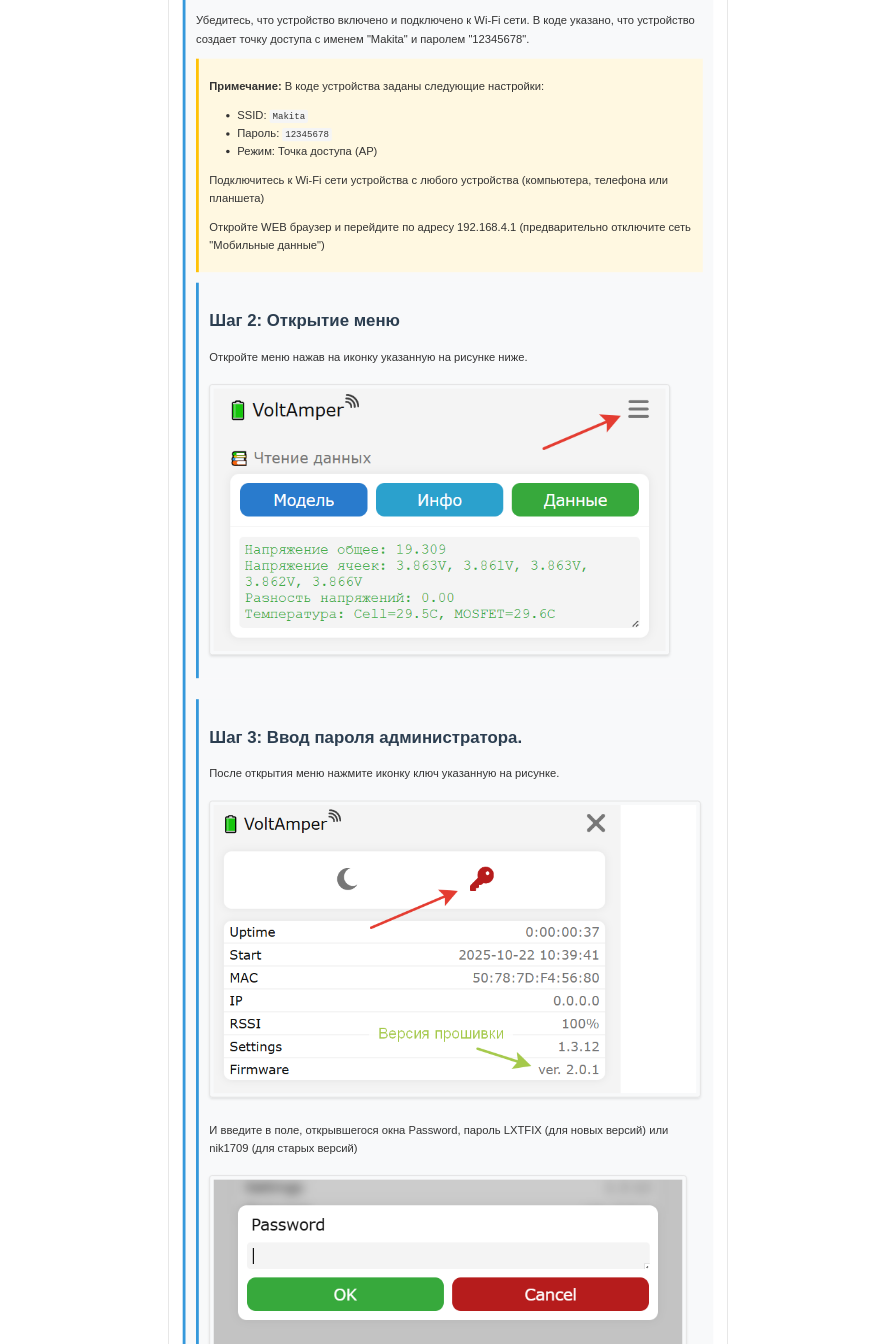
Repository: NikElectronics/ELIXStoFIX
Page: firmware.html
The author's editor kept a copy of each file at every save. The page is drawn from the files as they stood at one save, then again after the next save.
The browser window is 1280 px wide. The pictures show the part of the page from y = 767 to 2687 px (the page is 5909 px tall before and 5931 px after), at 70% of full size.

Above is the page before, as saved 2026-01-21 03:41:40.

After the next save:
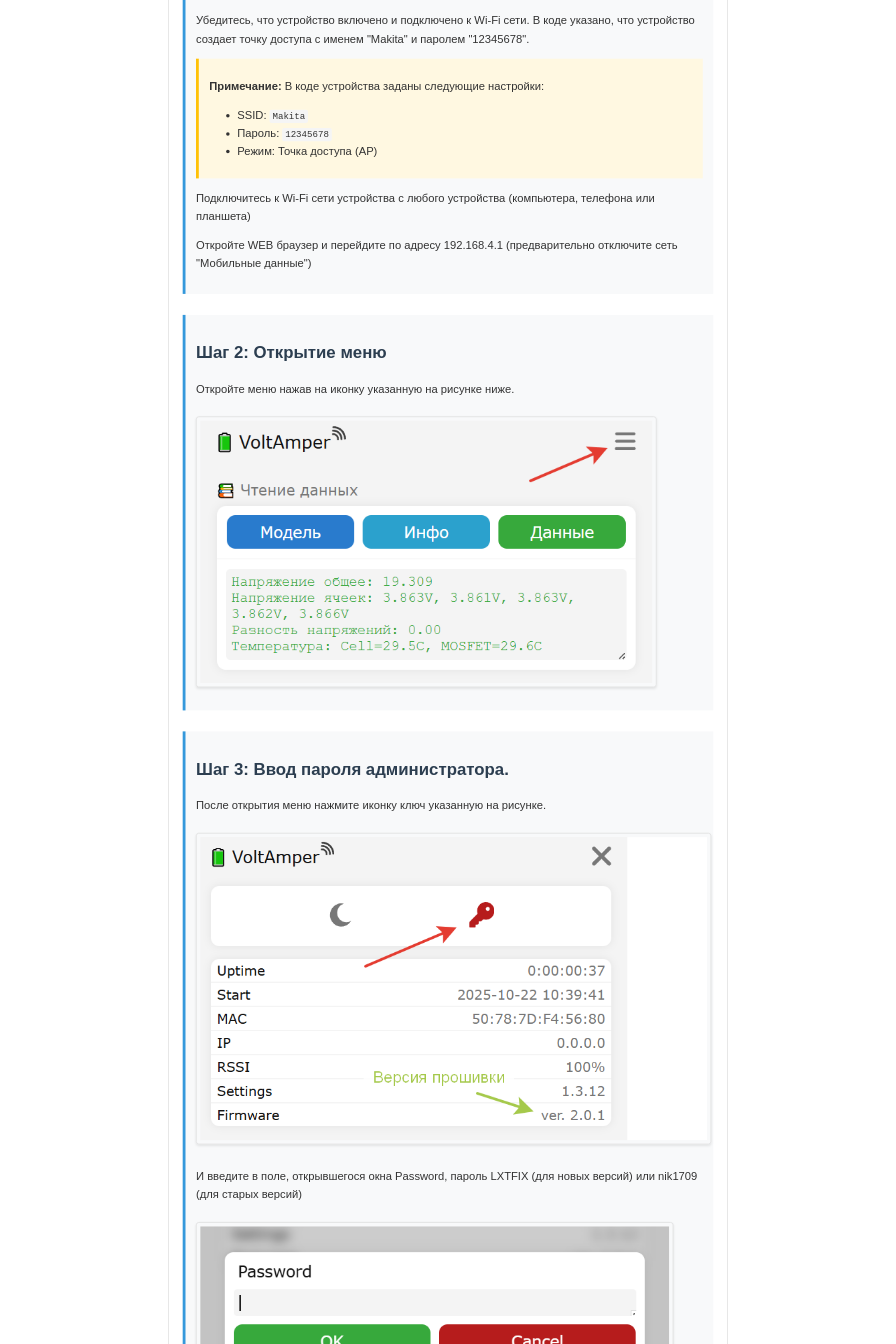
Saved 105 s later.
--- a/firmware.html
+++ b/firmware.html
@@ -208,7 +208,7 @@
                     <li>Пароль: <code>12345678</code></li>
                     <li>Режим: Точка доступа (AP)</li>
                 </ul>
-            </極力>
+            </div>
             <p>Подключитесь к Wi-Fi сети устройства с любого устройства (компьютера, телефона или планшета)</p>
             <p>Откройте WEB браузер и перейдите по адресу 192.168.4.1 (предварительно отключите сеть "Мобильные данные")
             </p>
